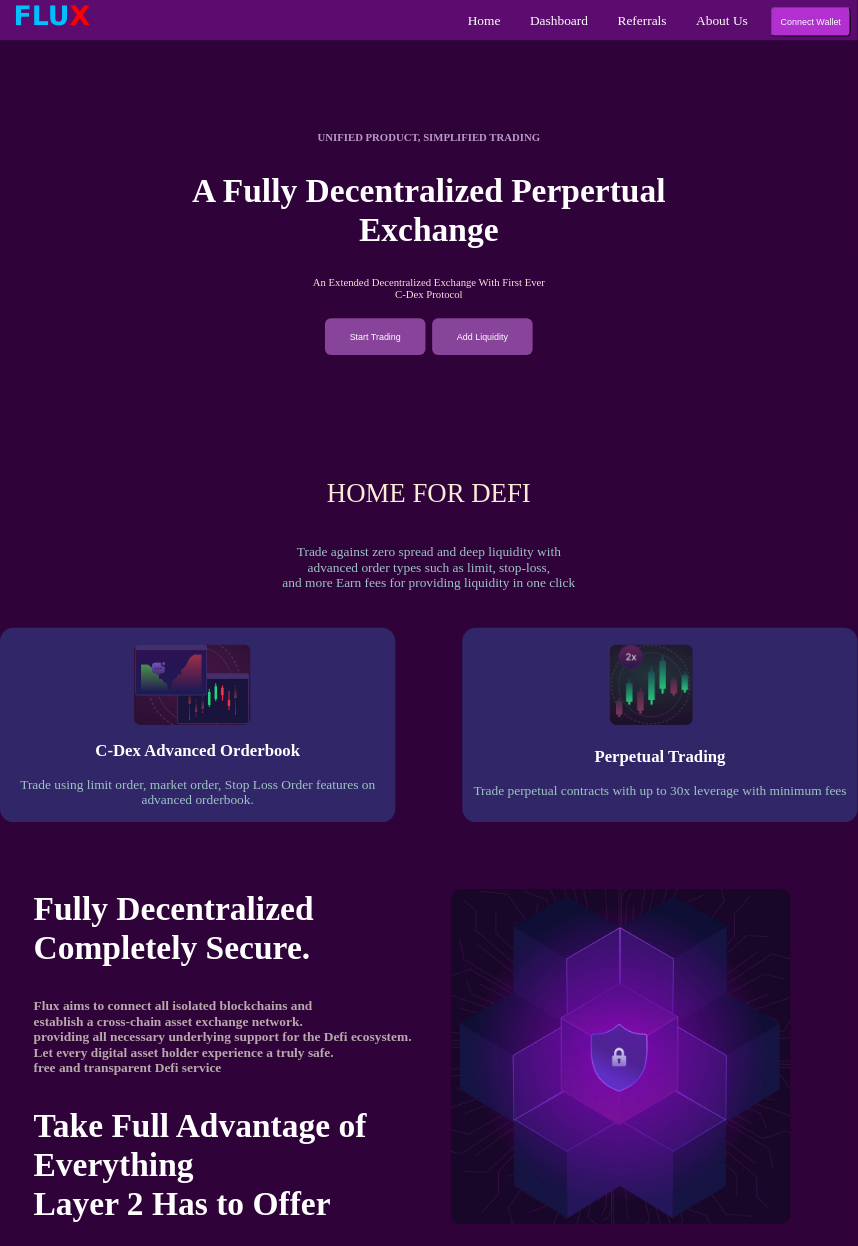
Repository: Tobby004/Flux-figma
Page: index.html
An editor plug-in stored every save of this project. The page is shown before and after the next save, followed by the edit.
The browser window is 1280 px wide. The pictures show the whole page, at 67% of full size.

Above is the page before, as saved 2023-04-20 07:00:20.

After the next save:
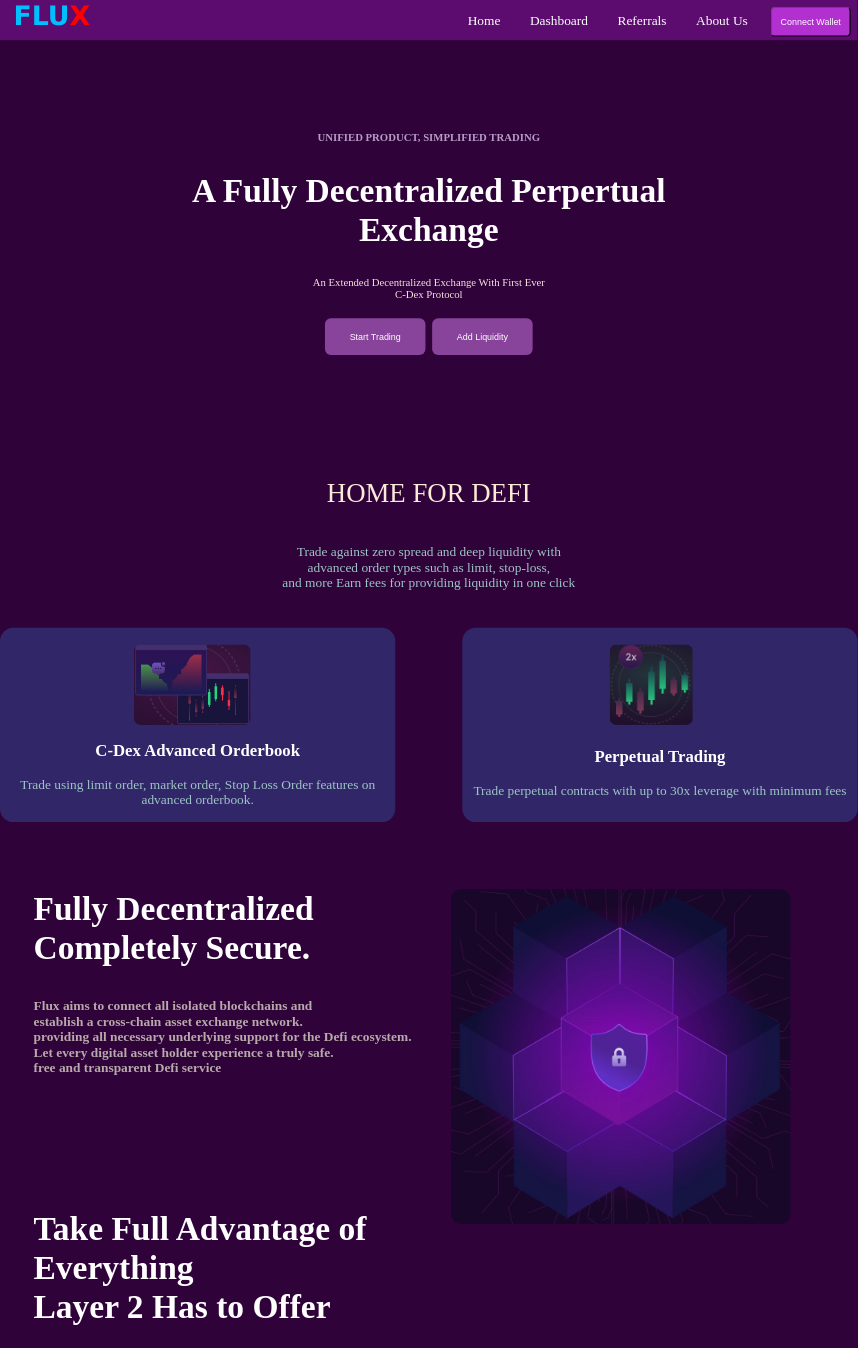
Saved 81 s later.
--- a/style.css
+++ b/style.css
@@ -153,6 +153,7 @@ main h6 {
     margin-left: 50px;
 }
 .main h1 {
+    margin-top: 200px;
     color: white;
     font-size: 50px;
     margin-left: 50px;
